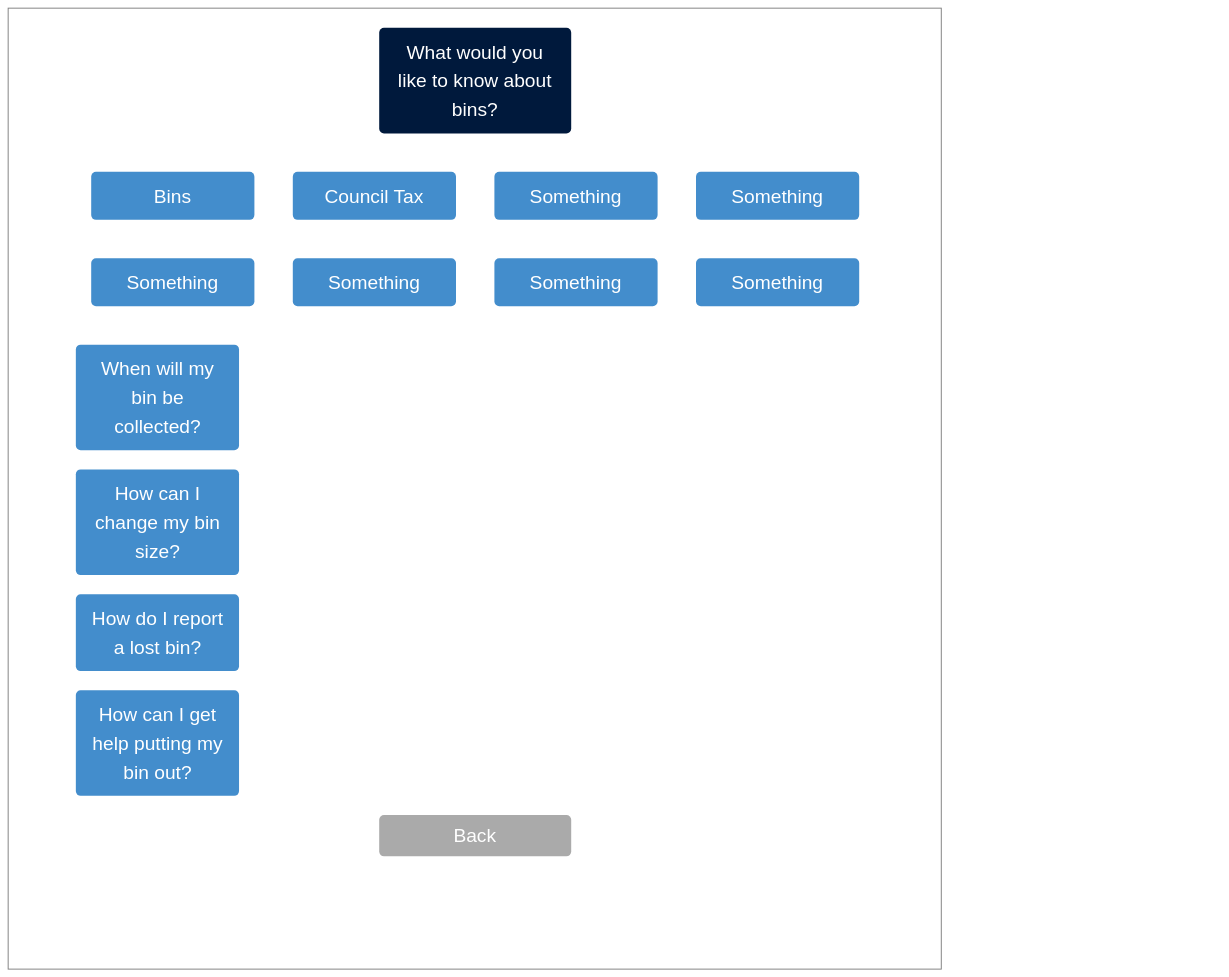
Repository: Domehead123/test
Page: index.html
The author's editor kept a record of every edit. The page is drawn from the files as they stood at one moment, then again after the next edit.
The browser window is 1280 px wide. The pictures show the whole page, at 96% of full size.
After loading, the first visible `#option1` was clicked once.

Above is the page before.

After the next edit:
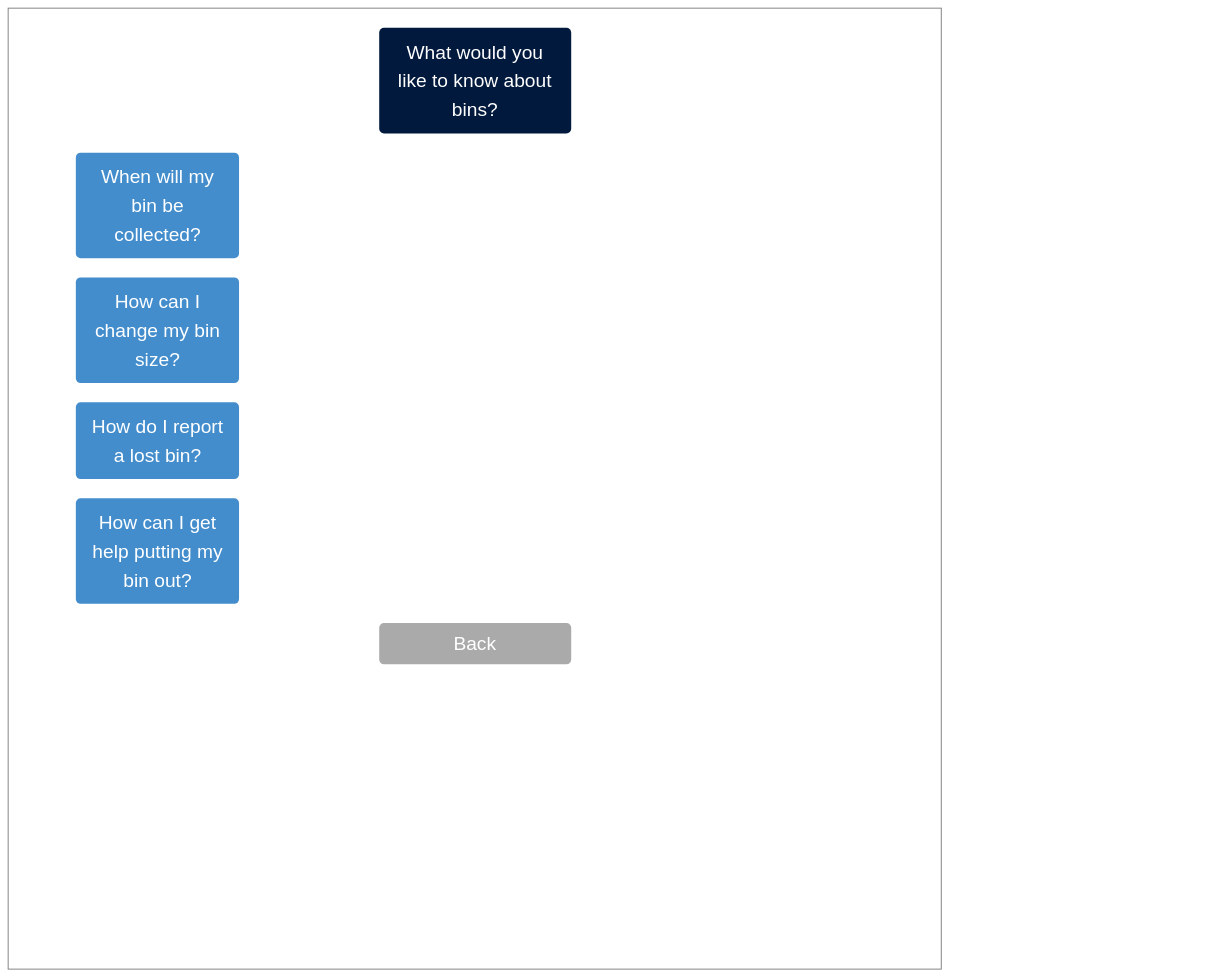
The edit:
--- a/assets/new-resident.js
+++ b/assets/new-resident.js
@@ -4,7 +4,7 @@
 
 $(".bottom-box").click(function() {
     $('#restart').show();
-    $("#comtainer0").hide();
+    $("#container0").hide();
 });
 
 
